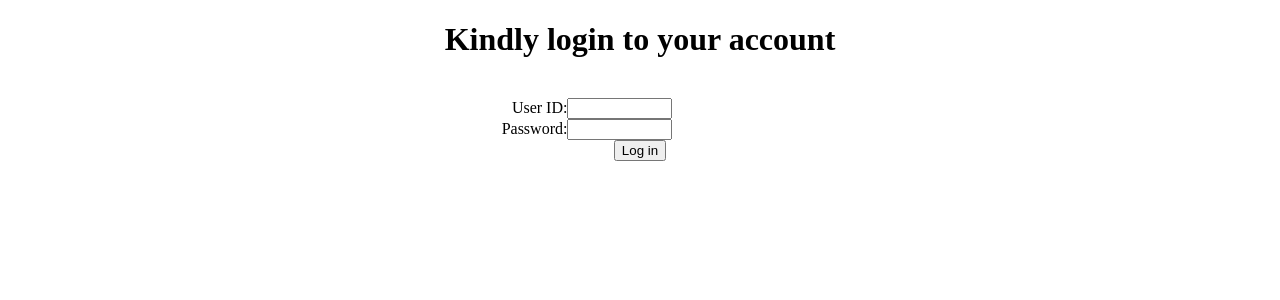
Repository: rstevenson6/304Project
Page: http://localhost/GroupProject/adminsignin.jsp
An editor plug-in stored every save of this project. The page is shown before and after the next save, followed by the edit.
The browser window is 1280 px wide. The pictures show the whole page.
The page is served by Tomcat 9. Other server files are loaded and not shown.

Above is the page before, as saved 2016-11-27 07:38:52.

### GroupProject/WebContent/adminsignin.jsp
<%@ page language="java" contentType="text/html; charset=ISO-8859-1"
    pageEncoding="ISO-8859-1"%>
<!DOCTYPE html PUBLIC "-//W3C//DTD HTML 4.01 Transitional//EN" "http://www.w3.org/TR/html4/loose.dtd">
<html>
<head>
<meta http-equiv="Content-Type" content="text/html; charset=ISO-8859-1">
<title>Log in to your account </title>
</head>
<body>
<center>
<h1> Kindly login to your account </h1>
<%
if (session.getAttribute("LoginMessage") != null)
	out.println("<p>" + session.getAttribute("LoginMessage").toString() +"</p>");
%>
<br>
<form name="Login from" method =post action="ValidateLogin.jsp" >
<table width="50%" border="0" cellspacing="0" cellpadding="0" >
<tr>
<td> <div align="right"> User ID:    </div> </td>
<td> <input type="text" name="userId" size=10 maxlength=10> </td>
</tr>

<tr>
<td> <div align="right">Password:    </div></td>
<td> <input type="password" name="password" size=10 maxlength=10> </td>
</tr>
</table>
<input class="submit" type="submit" name="sub" value="Log in">
</form>
<br>
</center>
</body>
</html>

After the next save:
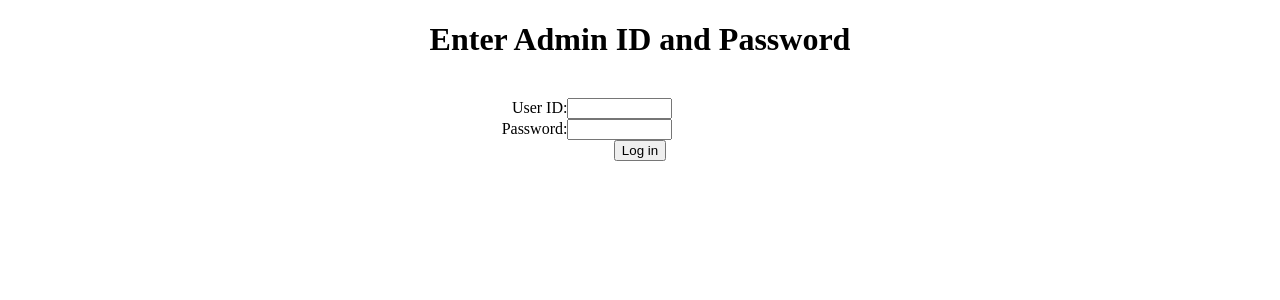
Saved 57 s later.
--- a/GroupProject/WebContent/adminsignin.jsp
+++ b/GroupProject/WebContent/adminsignin.jsp
@@ -4,11 +4,11 @@
 <html>
 <head>
 <meta http-equiv="Content-Type" content="text/html; charset=ISO-8859-1">
-<title>Log in to your account </title>
+<title>Admin Login</title>
 </head>
 <body>
 <center>
-<h1> Kindly login to your account </h1>
+<h1> Enter Admin ID and Password </h1>
 <%
 if (session.getAttribute("LoginMessage") != null)
 	out.println("<p>" + session.getAttribute("LoginMessage").toString() +"</p>");
